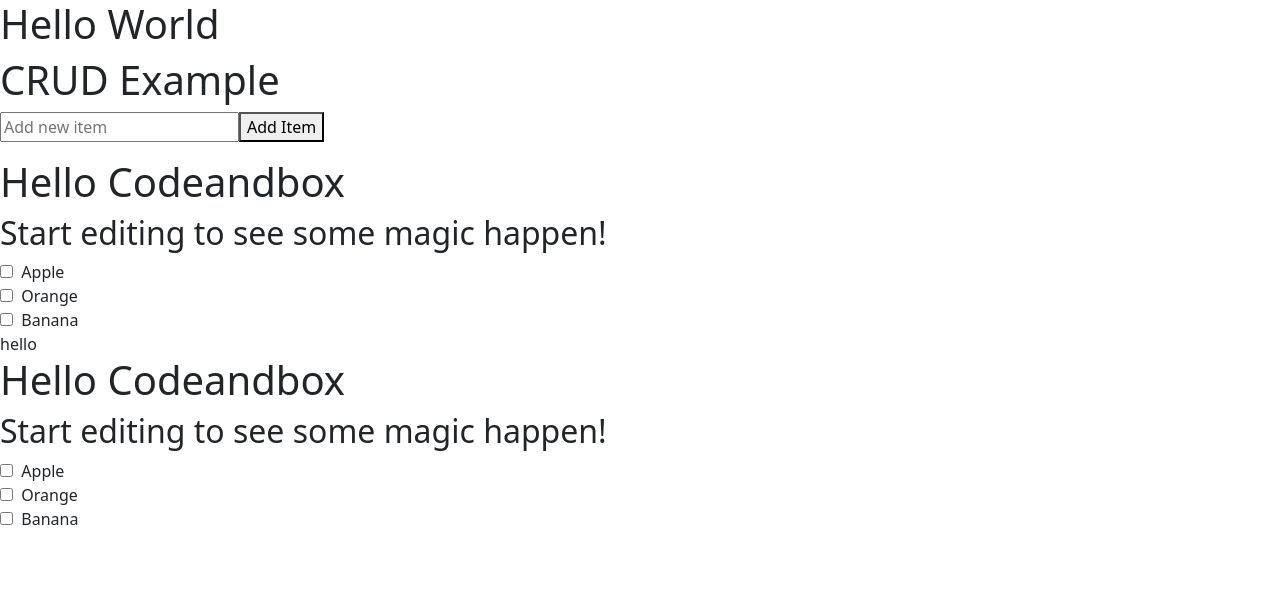
Repository: siva11021992/cvamyapp
Page: /
An editor plug-in stored every save of this project. The page is shown before and after the next save, followed by the edit.
The browser window is 1280 px wide. The pictures show the whole page.
The page's requests for data from a server got no answer. The project was rebuilt for these pictures with package versions that can differ from the ones it lists, and the page was loaded fresh each time. No one was signed in, and anything a server would have sent is missing.

Above is the page before, as saved 2024-10-09 11:39:26.

After the next save:
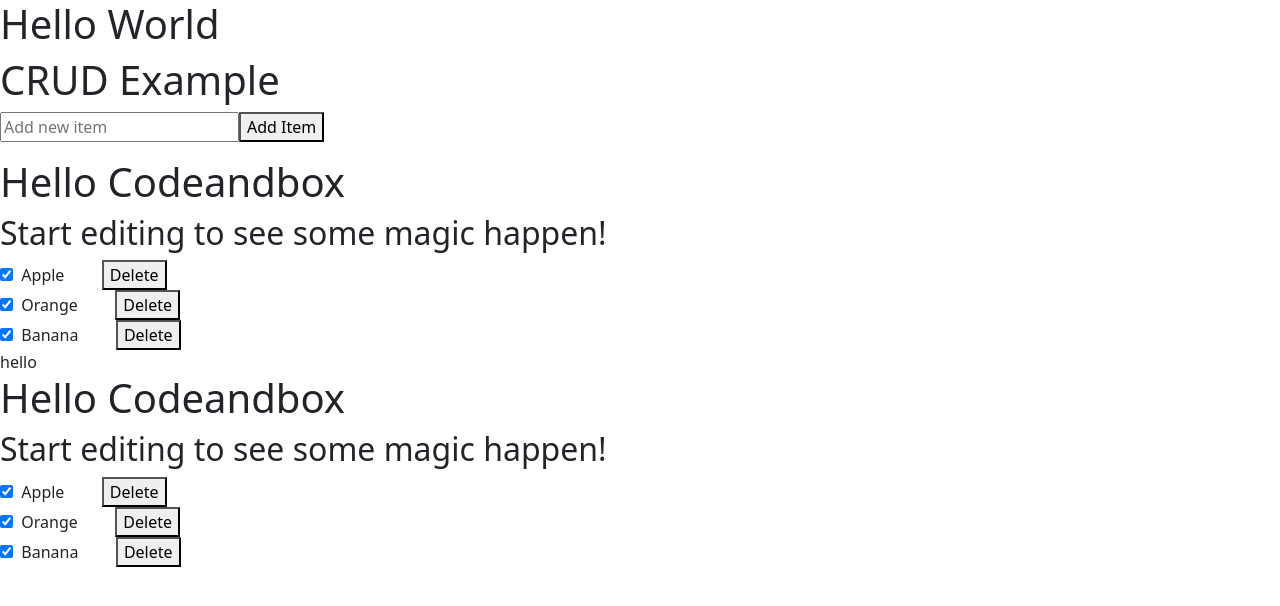
Saved 15 min 10 s later.
--- a/src/CheckBox.js
+++ b/src/CheckBox.js
@@ -4,7 +4,7 @@
   const arr = ["Apple", "Orange", "Banana"];
 
   const [fruitsArr, setFruitsArr] = useState([...arr]);
-  const [chkBoxStates, setChkBoxStates] = useState(arr.map(() => false));
+  const [chkBoxStates, setChkBoxStates] = useState(arr.map(() => true));
 
   const deleteClickHandler = (index) => {
     // Update the fruitsArr

After the save that followed:
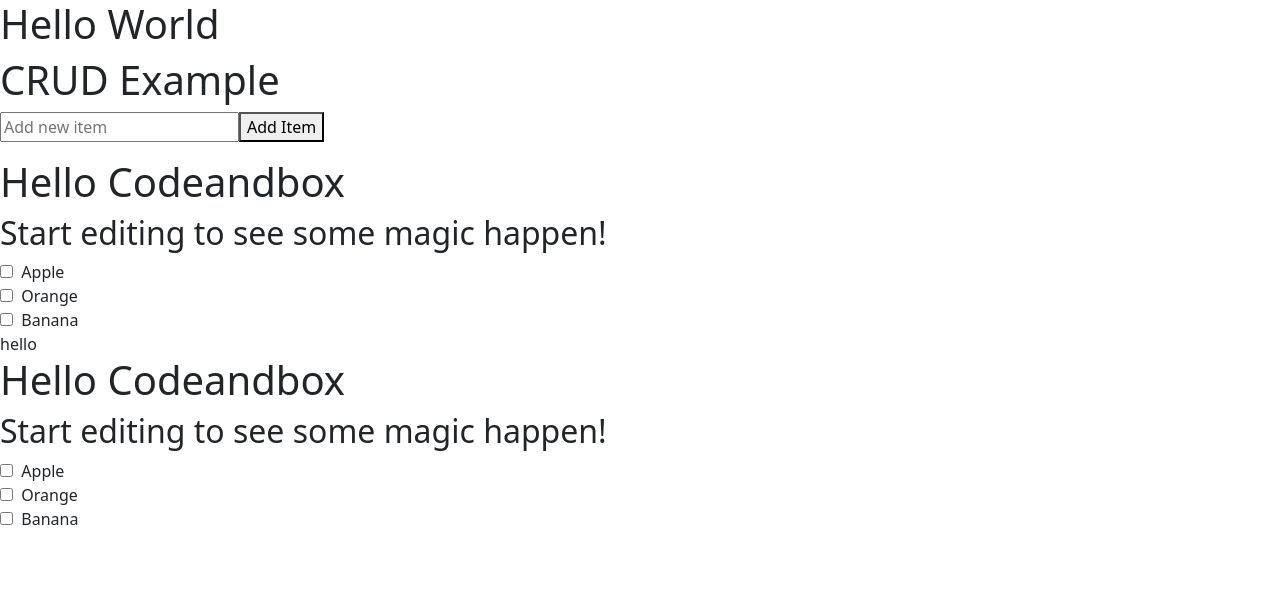
Saved 15 s later.
--- a/src/CheckBox.js
+++ b/src/CheckBox.js
@@ -4,7 +4,7 @@
   const arr = ["Apple", "Orange", "Banana"];
 
   const [fruitsArr, setFruitsArr] = useState([...arr]);
-  const [chkBoxStates, setChkBoxStates] = useState(arr.map(() => true));
+  const [chkBoxStates, setChkBoxStates] = useState(arr.map(() => false));
 
   const deleteClickHandler = (index) => {
     // Update the fruitsArr
